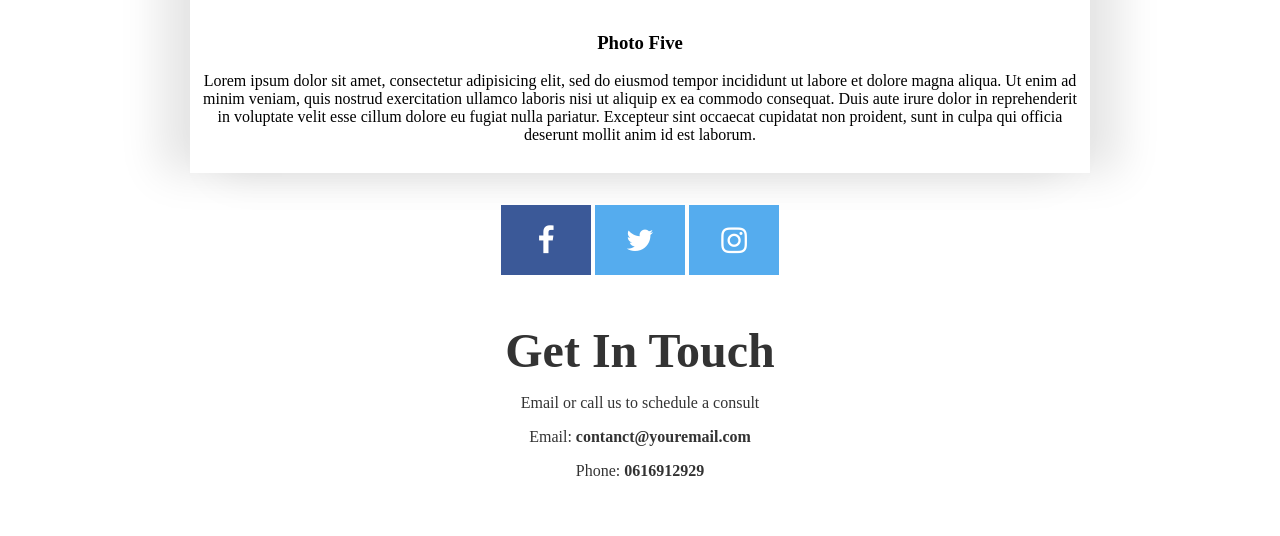
Repository: konstantin0s/mobile-photography
Page: index.html
An editor plug-in stored every save of this project. The page is shown before and after the next save, followed by the edit.
The browser window is 1280 px wide. The pictures show the part of the page from y = 4062 to 4598 px (the page is 4598 px tall).

Above is the page before, as saved 2019-05-11 14:44:38.

After the next save:
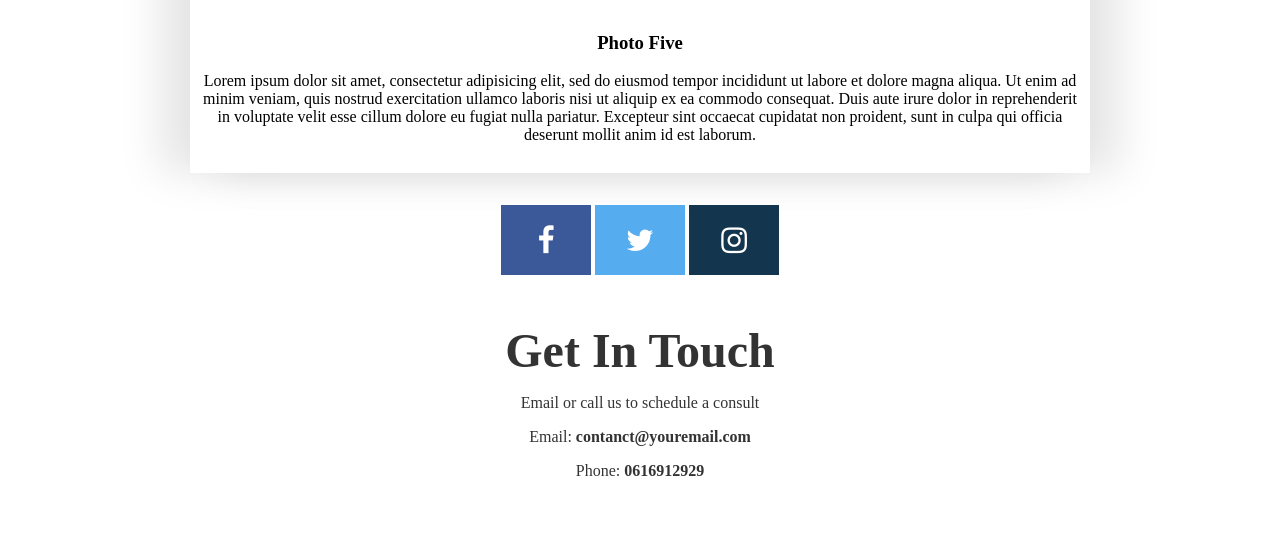
Saved 40 s later.
--- a/css/style.css
+++ b/css/style.css
@@ -144,7 +144,7 @@ footer h3 {
 
 /* Instagram */
 .fa-instagram {
-  background: #55ACEE;
+  background: rgb(19, 53, 78);
   color: white;
 }
 
